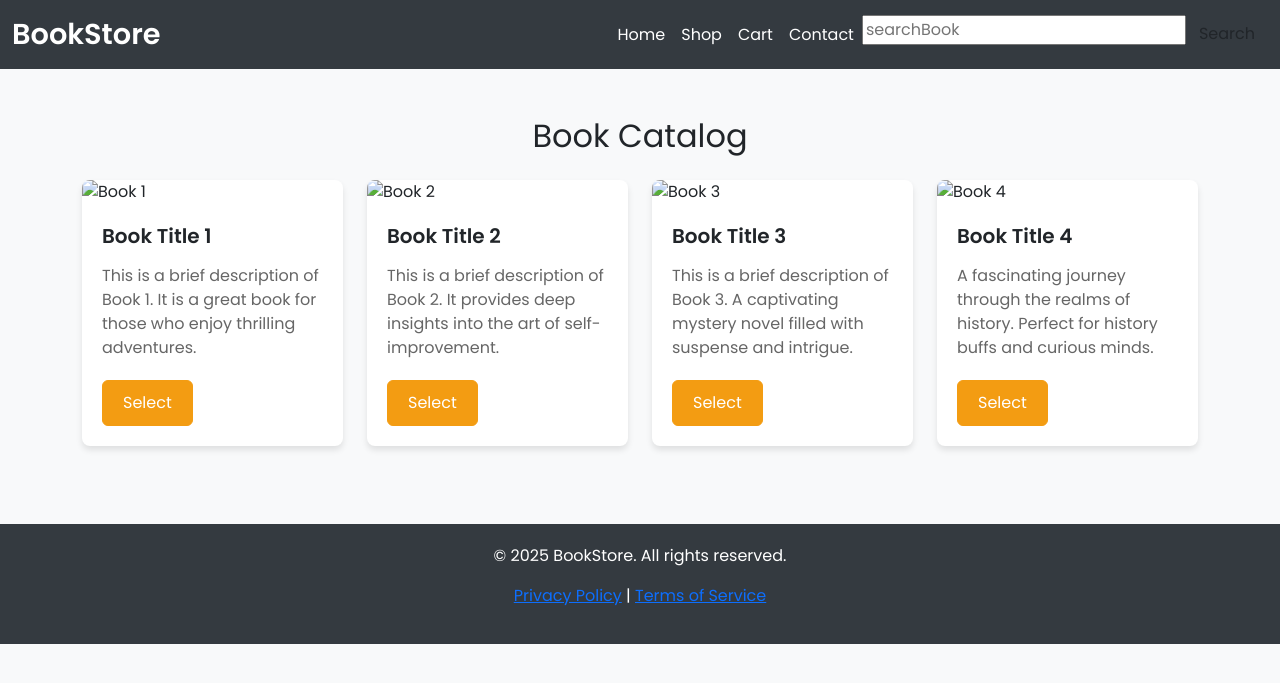
Repository: Cr7Mujassam/Book_Store
Page: http://localhost/bookStore/WEB-INF/jsp/fiction.jsp
An editor plug-in stored every save of this project. The page is shown before and after the next save, followed by the edit.
The browser window is 1280 px wide. The pictures show the whole page.
The page is served by Tomcat 9. Nobody is signed in. Other server files are loaded and not shown. The template is opened directly, without the code that normally fills it, so the values that code supplies are empty.

Above is the page before, as saved 2025-01-26 13:03:06.

### bookStore/src/main/webapp/WEB-INF/jsp/fiction.jsp
<%@ page language="java" contentType="text/html; charset=UTF-8"
    pageEncoding="UTF-8"%>
<!DOCTYPE html>
<html lang="en">
<head>
    <meta charset="UTF-8">
    <meta name="viewport" content="width=device-width, initial-scale=1.0">
    <meta http-equiv="X-UA-Compatible" content="ie=edge">
    <title>Book Catalog</title>
    <link href="https://fonts.googleapis.com/css2?family=Poppins:wght@300;400;600&display=swap" rel="stylesheet">
    <link href="https://cdn.jsdelivr.net/npm/bootstrap@5.3.0-alpha1/dist/css/bootstrap.min.css" rel="stylesheet">
    <style>
        body {
            font-family: 'Poppins', sans-serif;
            background-color: #f8f9fa;
        }

        .navbar {
            background-color: #343a40;
        }

        .navbar-brand {
            color: #ffffff;
            font-size: 1.8rem;
            font-weight: 600;
        }

        .navbar-nav .nav-link {
            color: #ffffff !important;
            font-weight: 500;
        }

        .navbar-nav .nav-link:hover {
            color: #f39c12 !important;
        }

        .card {
            border: none;
            margin-bottom: 30px;
            border-radius: 8px;
            box-shadow: 0 4px 6px rgba(0, 0, 0, 0.1);
            transition: transform 0.3s ease, box-shadow 0.3s ease;
        }

        .card img {
            max-height: 350px;
            object-fit: cover;
            border-radius: 8px;
        }

        .card-body {
            padding: 1.25rem;
        }

        .card-title {
            font-weight: 600;
            font-size: 1.25rem;
            margin-bottom: 1rem;
        }

        .card-text {
            color: #666;
            font-size: 1rem;
            margin-bottom: 1.25rem;
        }

        .btn-primary {
            background-color: #f39c12;
            border-color: #f39c12;
            font-size: 1rem;
            padding: 10px 20px;
        }

        .btn-primary:hover {
            background-color: #e67e22;
            border-color: #e67e22;
        }

        .footer {
            background-color: #343a40;
            color: #fff;
            text-align: center;
            padding: 20px;
        }

        .card:hover {
            transform: translateY(-5px);
            box-shadow: 0 10px 20px rgba(0, 0, 0, 0.1);
        }
    </style>
</head>
<body>

    <!-- Navbar -->
    <nav class="navbar navbar-expand-lg navbar-dark">
        <div class="container-fluid">
            <a class="navbar-brand" href="#">BookStore</a>
            <button class="navbar-toggler" type="button" data-bs-toggle="collapse" data-bs-target="#navbarNav" aria-controls="navbarNav" aria-expanded="false" aria-label="Toggle navigation">
                <span class="navbar-toggler-icon"></span>
            </button>
            <div class="collapse navbar-collapse" id="navbarNav">
                <ul class="navbar-nav ms-auto">
                    <li class="nav-item">
                        <a class="nav-link" href="http://localhost:8082/store/homepage">Home</a>
                    </li>
                    <li class="nav-item">
                        <a class="nav-link" href="#">Shop</a>
                    </li>
                    <li class="nav-item">
                        <a class="nav-link" href="#">Cart</a>
                    </li>
                    <li class="nav-item">
                        <a class="nav-link" href="#">Contact</a>
                    </li>
                    <li class="nav-item">
                        <input type="text" class="" placeholder="searchBook">
                    </li>
                    <li class="nav-item">
                        <button type="button" class="btn" onclick="">Search</button>
                    </li>

                </ul>
            </div>
        </div>
    </nav>

    <!-- Catalog Section -->
    <div class="container my-5">
        <h2 class="text-center mb-4">Book Catalog</h2>
        <div class="row g-4">
            <!-- Book 1 -->
            <div class="col-12 col-sm-6 col-md-4 col-lg-3">
                <div class="card">
                    <img src="" class="card-img-top" alt="Book 1">
                    <div class="card-body">
                        <h5 class="card-title">Book Title 1</h5>
                        <p class="card-text">This is a brief description of Book 1. It is a great book for those who enjoy thrilling adventures.</p>
                        <a href="#" class="btn btn-primary">Select</a>
                    </div>
                </div>
            </div>

            <!-- Book 2 -->
            <div class="col-12 col-sm-6 col-md-4 col-lg-3">
                <div class="card">
                    <img src="" class="card-img-top" alt="Book 2">
                    <div class="card-body">
                        <h5 class="card-title">Book Title 2</h5>
                        <p class="card-text">This is a brief description of Book 2. It provides deep insights into the art of self-improvement.</p>
                        <a href="#" class="btn btn-primary">Select</a>
                    </div>
                </div>
            </div>

            <!-- Book 3 -->
            <div class="col-12 col-sm-6 col-md-4 col-lg-3">
                <div class="card">
                    <img src="" class="card-img-top" alt="Book 3">
                    <div class="card-body">
                        <h5 class="card-title">Book Title 3</h5>
                        <p class="card-text">This is a brief description of Book 3. A captivating mystery novel filled with suspense and intrigue.</p>
                        <a href="#" class="btn btn-primary">Select</a>
                    </div>
                </div>
            </div>

            <!-- Book 4 -->
            <div class="col-12 col-sm-6 col-md-4 col-lg-3">
                <div class="card">
                    <img src="" class="card-img-top" alt="Book 4">
                    <div class="card-body">
                        <h5 class="card-title">Book Title 4</h5>
                        <p class="card-text">A fascinating journey through the realms of history. Perfect for history buffs and curious minds.</p>
                        <a href="#" class="btn btn-primary">Select</a>
                    </div>
                </div>
            </div>

            <!-- Add more books here -->
        </div>
    </div>

    <!-- Footer -->
    <footer class="footer">
        <p>&copy; 2025 BookStore. All rights reserved.</p>
        <p><a href="#">Privacy Policy</a> | <a href="#">Terms of Service</a></p>
    </footer>

    <script src="https://cdn.jsdelivr.net/npm/bootstrap@5.3.0-alpha1/dist/js/bootstrap.bundle.min.js"></script>
</body>
</html>

After the next save:
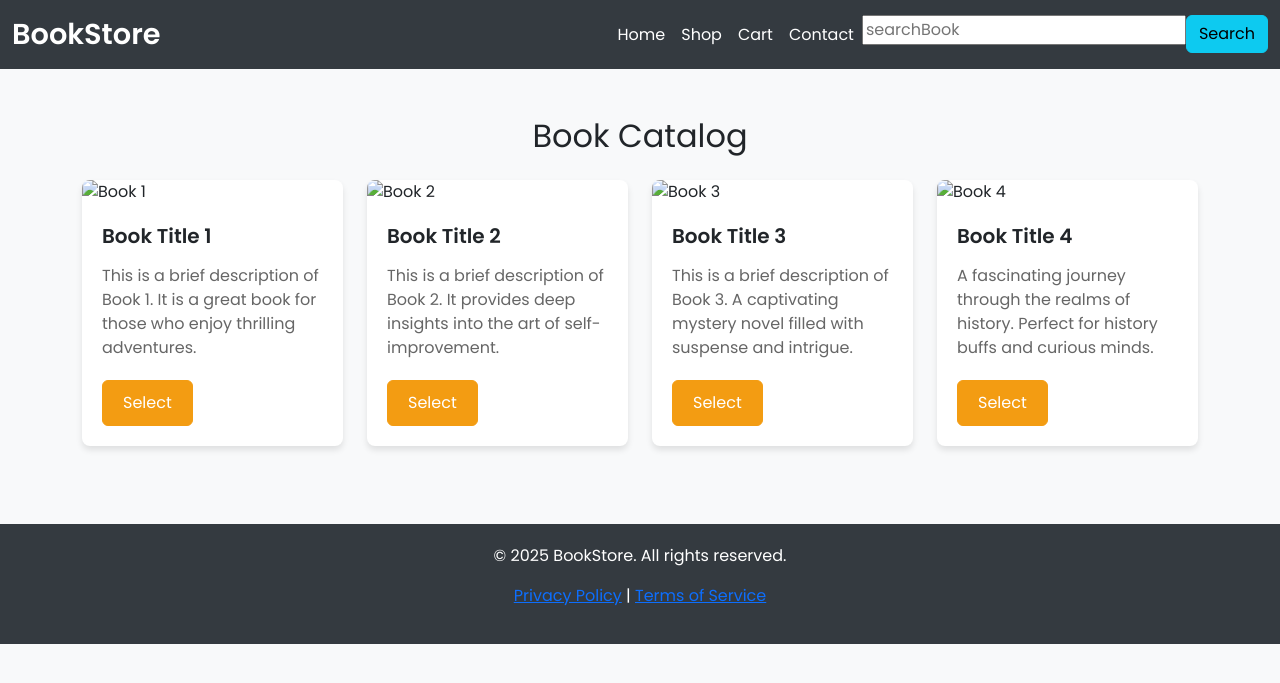
Saved 57 s later.
--- a/bookStore/src/main/webapp/WEB-INF/jsp/fiction.jsp
+++ b/bookStore/src/main/webapp/WEB-INF/jsp/fiction.jsp
@@ -116,7 +116,7 @@
                         <input type="text" class="" placeholder="searchBook">
                     </li>
                     <li class="nav-item">
-                        <button type="button" class="btn" onclick="">Search</button>
+                        <button type="button" class="btn btn-info" onclick="">Search</button>
                     </li>
 
                 </ul>
